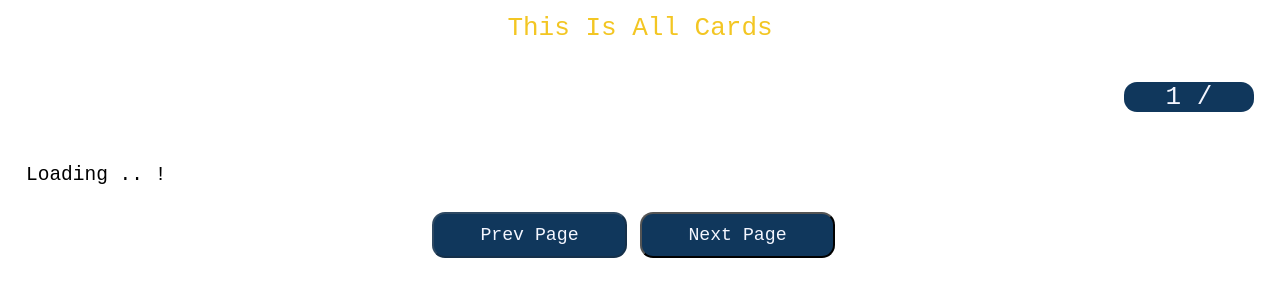
Repository: rehamtaher10/reactQueryTask
Page: /
These files come from the project's save history. The page is drawn as it stood at one moment and after the next save; the edit follows.
The browser window is 1280 px wide. The pictures show the whole page.
The page's requests for data from a server got no answer. The project was rebuilt for these pictures with package versions that can differ from the ones it lists, and the page was loaded fresh each time. No one was signed in, and anything a server would have sent is missing. Also part of the build but not shown: vite.config.js.

Above is the page before, as saved 2024-12-07 20:30:39.

### src/main.jsx
import { StrictMode } from "react";
import { createRoot } from "react-dom/client";
import "./style/app.css";
import App from "./App.jsx";
import {
  QueryClient,
  QueryClientProvider,
  useQuery,
} from "@tanstack/react-query";

const queryClient = new QueryClient();

createRoot(document.getElementById("root")).render(
  <StrictMode>
    <QueryClientProvider client={queryClient}>
      <App />
    </QueryClientProvider>
  </StrictMode>
);

### src/style/app.css
*{
    padding: 0;
    margin: 0;
    box-sizing: border-box;
    font-family: monospace;
    font-weight: 400;
}
.productContainer{
    padding: 2em;
    display: flex;
    flex-wrap: wrap;
    gap: 2em;
}
.post{
    width: calc((100% - 4em) / 3);
    background: #f2f2f2;
    border: 1px solid rgba(0, 0, 0, .2);
}
.post img{
    width: 100%;
    height: 350px;
    object-fit: cover;
    display: block;
    margin-left: auto;
    margin-right: auto;
}
.post h2{
    padding-inline: 1em;
    padding-block: 1.5em;
    font-size: 1.3rem;
    color:#10375C;
}
.post p{
    width: fit-content;
    padding-inline: 1em;
    margin-block: .5rem;
    background-color: #EB8317;
    color: #F4F6FF;
    font-size: 1.3rem;
    font-weight: bold;
}
h1{
    color: #F3C623;
    text-align: center;
    padding-block: 1rem;
    font-family: monospace;
    font-size: 2rem;
}
.pagination{
    padding: 2em;
    direction: rtl;
}
.pagination p{
    background-color:#10375C ;
    color: #F4F6FF;
    font-size: 2rem;
    width: 10rem;
    text-align: center;
    border-radius: 1rem;
    direction: ltr;
}
.buttons{
    display: flex;
    align-items: center;
    justify-content: center;
    margin-bottom: 4rem;

}
.buttons button{
    background-color:#10375C ;
    color: #F4F6FF;
    direction: ltr;
    margin-right: 1rem;
    width: 15rem;
    height: 3.5rem;
    font-size: 1.4rem;
    border-radius: 1rem;
}

### src/App.jsx
import { useQuery } from "@tanstack/react-query";
import React, { useState } from "react";
function App() {
  const [page, setPage] = useState(0);
  const limit = 9;

  const productsFetch = async (page = 0) => {
    const res = await fetch(
      `https://dummyjson.com/products?limit=${limit}&skip=${page * limit}`
    );
    const productRes = await res.json();
    return productRes;
  };

  const { data, isLoading } = useQuery({
    queryKey: ["products", page],
    queryFn: () => productsFetch(page),
  });

  return (
    <>
      <h1>This Is All Cards</h1>

      <div className="pagination">
        <p>{page + 1} / {data?.total && Math.ceil(data?.total / limit)}</p>
      </div>
      <div className="productContainer">
        {isLoading ? (
          <h2>Loading .. !</h2>
        ) : (
          data?.products.map((ele) => (
            <div class="post" key={ele.id}>
              <div>
                <img src={ele.images?.[0]} />
              </div>
              <h2>${ele.title} </h2>
              <p>${ele.price} $</p>
            </div>
          ))
        )}
      </div>
      <div className="buttons">
        <button disabled={page == 0} >Prev Page</button>
        <button disabled={data?.products?.length < limit}>Next Page</button>

      </div>
    </>
  );
}

export default App;

Loaded but not shown: index.html (common file)

After the next save:
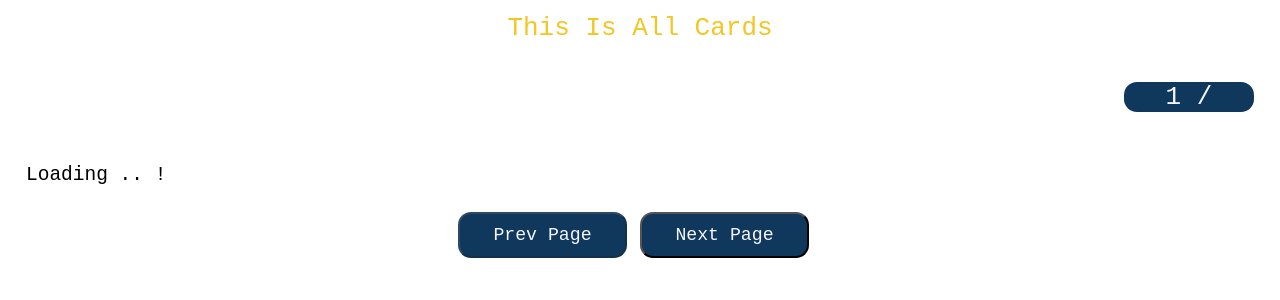
Saved 4 s later.
--- a/src/style/app.css
+++ b/src/style/app.css
@@ -71,7 +71,7 @@ h1{
     color: #F4F6FF;
     direction: ltr;
     margin-right: 1rem;
-    width: 15rem;
+    width: 13rem;
     height: 3.5rem;
     font-size: 1.4rem;
     border-radius: 1rem;
